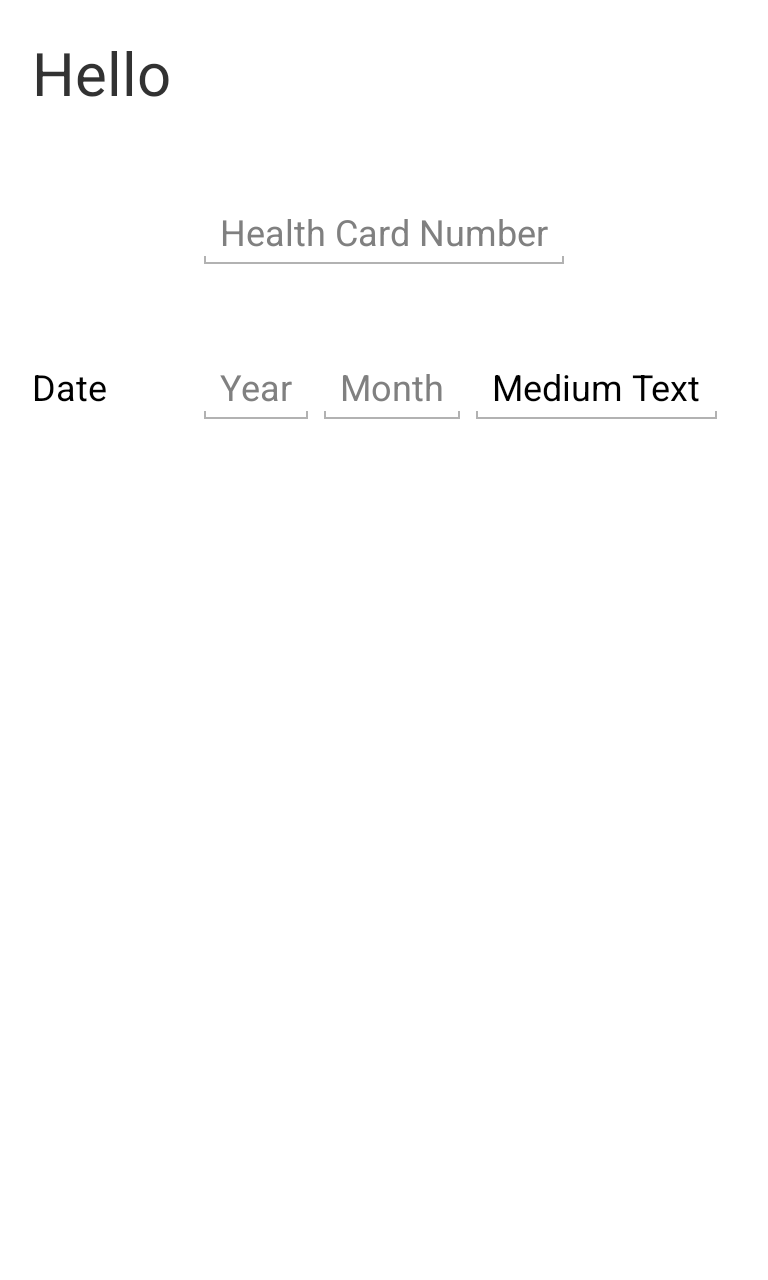
Repository: wangyuan0915/ER
Layout: workspace2/phase3/res/layout/activity_check_time.xml
These files come from the project's save history. The layout is drawn as it stood at one moment and after the next save; the edit follows.
It is drawn on a 768 x 1280 px phone screen (xhdpi) without system bars, with theme AppTheme; the app's code is not run.

Above is the layout before, as saved 2013-11-25 04:11:11.

After the next save:
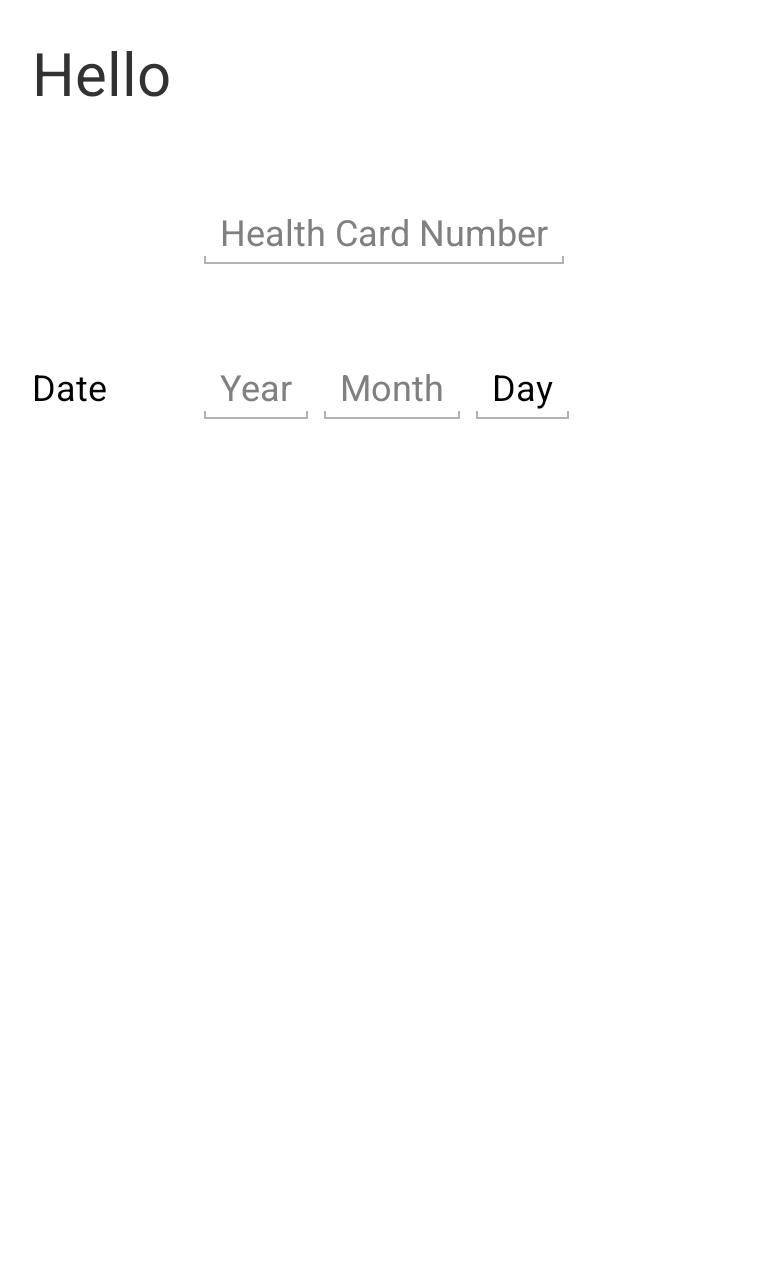
Saved 44 s later.
--- a/workspace2/phase3/res/layout/activity_check_time.xml
+++ b/workspace2/phase3/res/layout/activity_check_time.xml
@@ -42,6 +42,7 @@
         android:layout_alignBaseline="@+id/date1"
         android:layout_alignBottom="@+id/date1"
         android:layout_alignLeft="@+id/healthnum"
+        android:inputType="number"
         android:hint="@string/Year"
         android:textAppearance="?android:attr/textAppearanceMedium" />
 
@@ -62,7 +63,7 @@
         android:layout_alignBaseline="@+id/month1"
         android:layout_alignBottom="@+id/month1"
         android:layout_toRightOf="@+id/month1"
-        android:text="Medium Text"
+        android:text="@string/Day"
         android:textAppearance="?android:attr/textAppearanceMedium" />
 
 </RelativeLayout>
